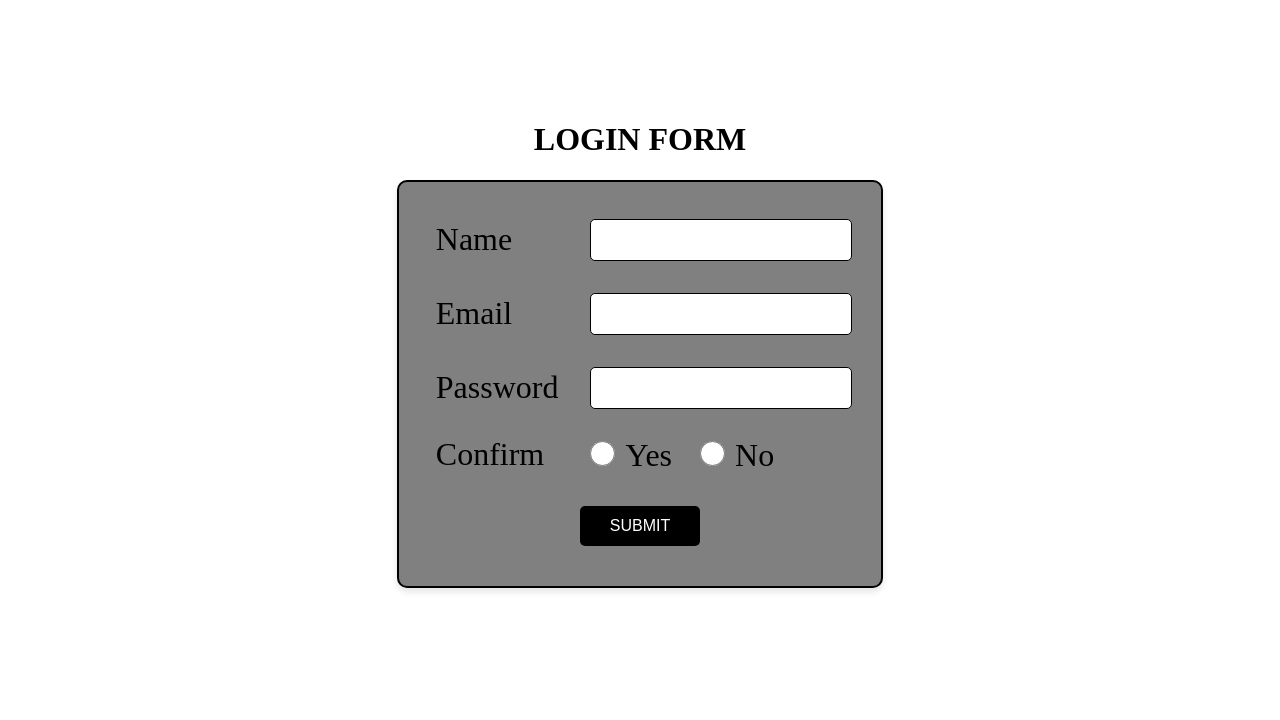
Repository: obusakthi539/Loginform
Page: Form.html
The author's editor kept a copy of each file at every save. The page is drawn from the files as they stood at one save, then again after a run of saves.
The browser window is 1280 px wide. The pictures show the whole page.

Above is the page before, as saved 2025-01-11 14:25:05.

### Form.html
<!DOCTYPE html>
<html lang="en">
<head>
    <meta charset="UTF-8">
    <meta name="viewport" content="width=device-width, initial-scale=1.0">
    <title>Document</title>
    <style>
        body {
            display: flex;
            flex-direction: column;
            align-items: center;
            justify-content: center;
            margin-top: 100px;
        }
        .a {
            background-color: gray;
            font-size: xx-large;
            width: 35%;
            display: flex;
            flex-direction: column;
            padding: 20px;
            border: 2px solid black;
            border-radius: 10px;
            box-shadow: 0px 4px 6px rgba(0, 0, 0, 0.1);
        }
        .a input {
            width: 250px;
            height: 30px;
            margin: 5px 0;
            border: 1px solid black;
            border-radius: 5px;
            padding: 5px;
        }
        #i {
            width: 25px;
            height: 25px;
            margin-right: 10px;
        }
        button {
            display: block;
            margin: 20px auto;
            width: 120px;
            height: 40px;
            background-color: black;
            color: white;
            border: none;
            border-radius: 5px;
            cursor: pointer;
            font-size: medium;
        }
        button:hover {
            background-color: darkgray;
        }
        table {
            margin: 0 auto;
        }
        table td {
            padding: 10px 15px; /* Add padding for spacing */
        }
    </style>
</head>
<body>
    <h1>LOGIN FORM</h1>
    <div class="a">
        <form action="">
            <table>
                <tr>
                    <td><label for="">Name</label></td>
                    <td><input type="text"></td>
                </tr>
                <tr>
                    <td><label for="">Email</label></td>
                    <td><input type="email"></td>
                </tr>
                <tr>
                    <td><label for="">Password</label></td>
                    <td><input type="password"></td>
                </tr>
                <tr>
                    <td><label for="">Confirm</label></td>
                    <td>
                        <input type="radio" name="a" id="i">Yes
                        <input type="radio" name="a" id="i" style="margin-left: 20px;">No
                    </td>
                </tr>
            </table>
            <button type="submit">SUBMIT</button>
        </form>
    </div>
</body>
</html>

After the next 2 saves:
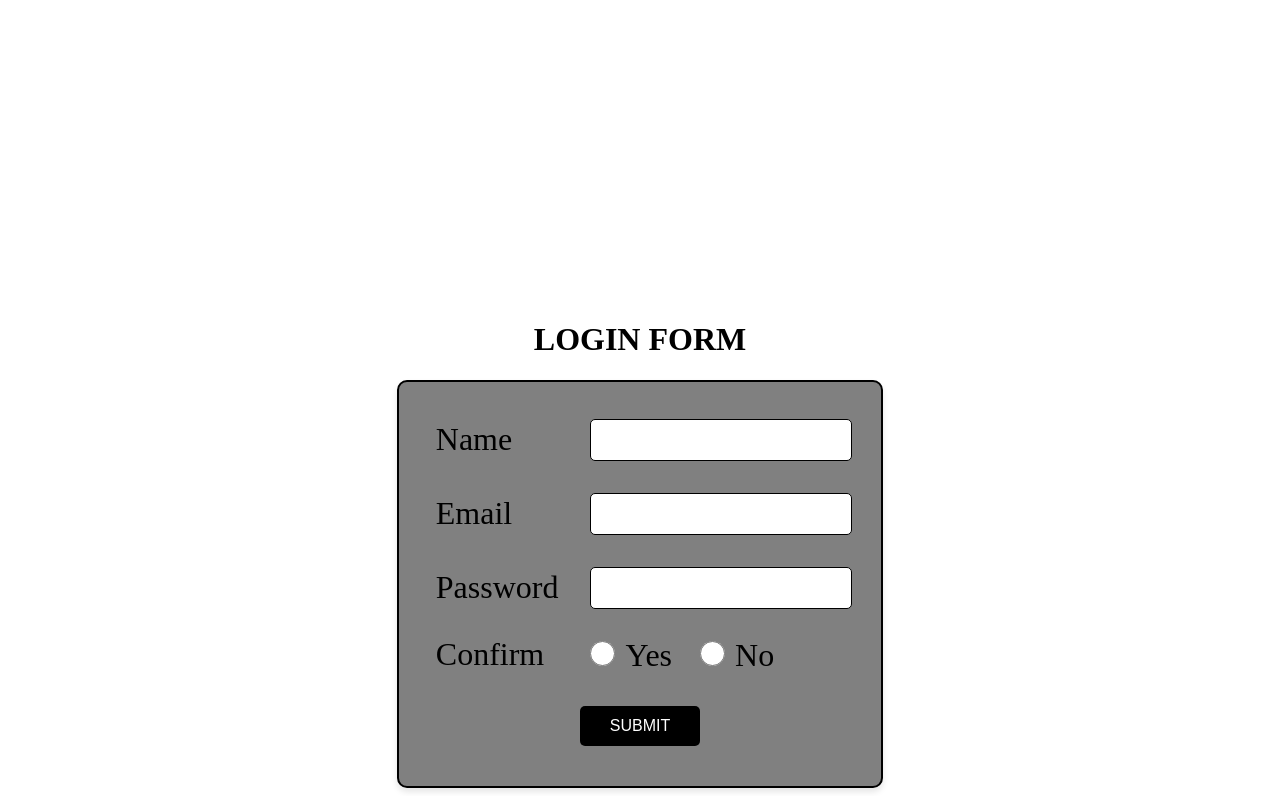
The 2 saves are shown as one change because they came seconds apart.
The last was saved 51 s later.
--- a/Form.html
+++ b/Form.html
@@ -10,7 +10,7 @@
             flex-direction: column;
             align-items: center;
             justify-content: center;
-            margin-top: 100px;
+            margin-top: 300px;
         }
         .a {
             background-color: gray;

After the save that followed:
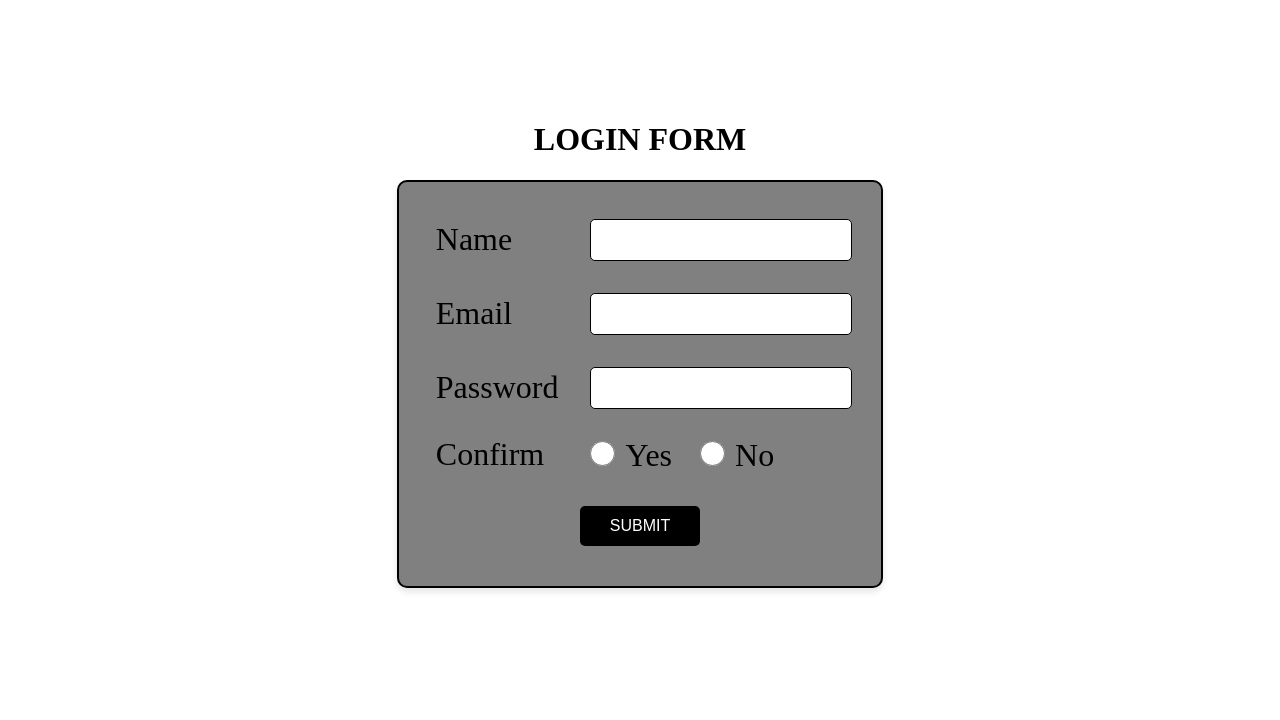
Saved 6 s later.
--- a/Form.html
+++ b/Form.html
@@ -10,7 +10,7 @@
             flex-direction: column;
             align-items: center;
             justify-content: center;
-            margin-top: 300px;
+            margin-top: 100px;
         }
         .a {
             background-color: gray;
